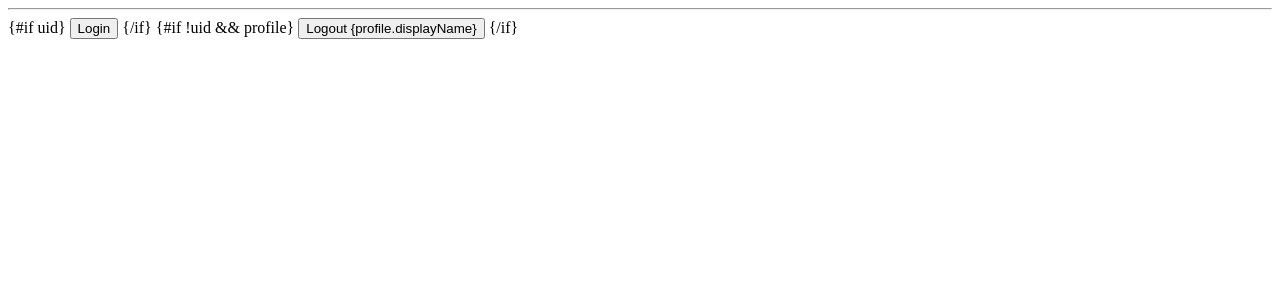
Repository: nicobrinkkemper/firebase-svelte-tododemo
Page: src/components/Nav.html
These files come from the project's save history. The page is drawn as it stood at one moment and after the next save; the edit follows.
The browser window is 1280 px wide. The pictures show the whole page.

Above is the page before, as saved 2018-11-24 18:06:33.
Console error: SyntaxError: Unexpected token 'export'

### src/components/Nav.html
<nav class="row">
	<div class="col-md-12">
		<hr />
	</div>
	<div class="col-md-12">
		<div class="row">
			<div class="col-md-12">
				{#if uid}
				<button class="btn btn-success" onClick={onLogin}>Login</button>
				{/if} {#if !uid && profile}
				<button class="btn btn-danger" onClick={onLogout}>Logout {profile.displayName}</button>
				{/if}
			</div>
		</div>
	</div>
</nav>

<script>
	export default {};
</script>
<style>
</style>

After the next save:
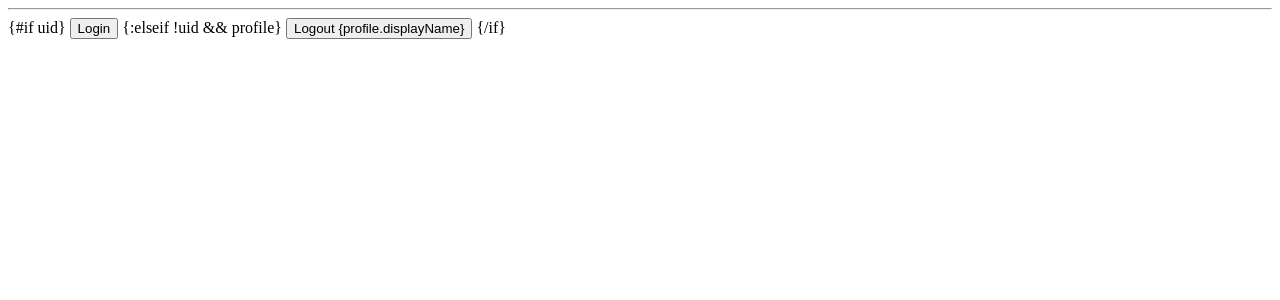
Saved 34 s later.
--- a/src/components/Nav.html
+++ b/src/components/Nav.html
@@ -7,7 +7,7 @@
 			<div class="col-md-12">
 				{#if uid}
 				<button class="btn btn-success" onClick={onLogin}>Login</button>
-				{/if} {#if !uid && profile}
+				{:elseif !uid && profile}
 				<button class="btn btn-danger" onClick={onLogout}>Logout {profile.displayName}</button>
 				{/if}
 			</div>
